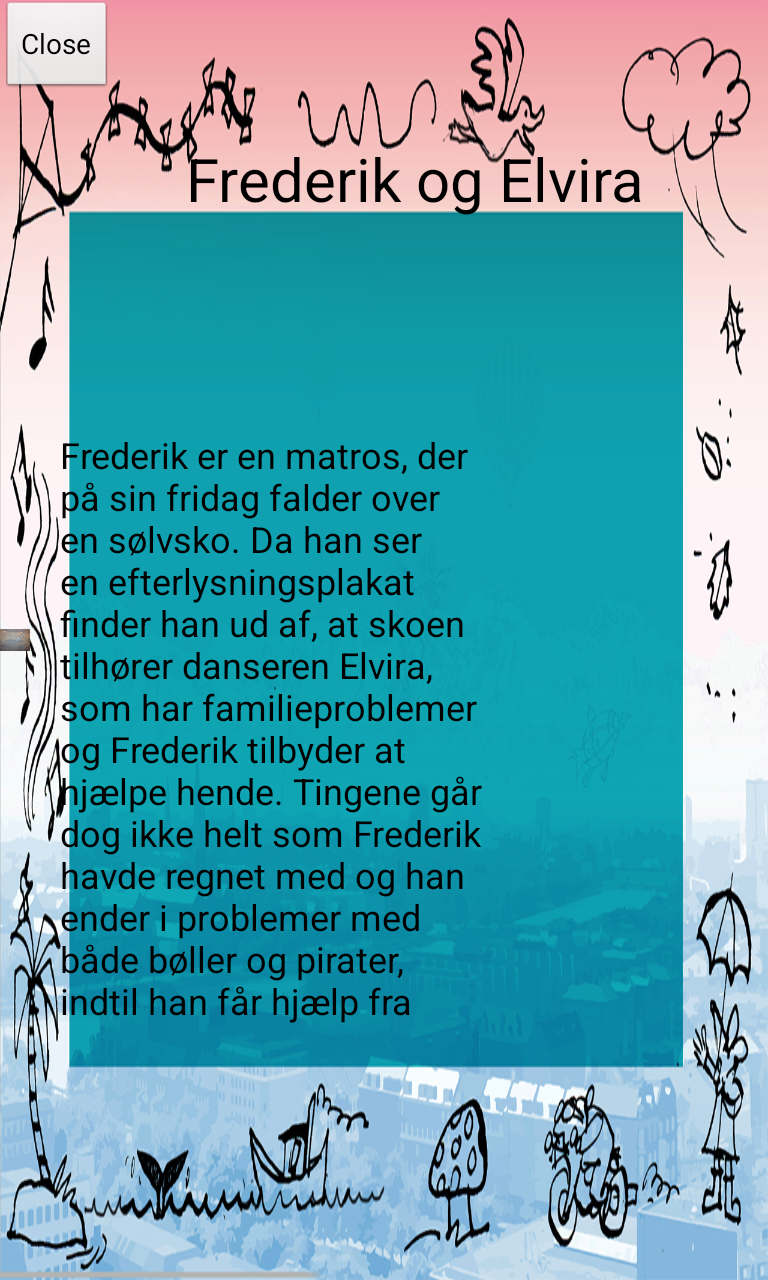
Repository: DreadMuffin/work
Layout: tablets/Historie/res/layout/popup2.xml
These files come from the project's save history. The layout is drawn as it stood at one moment and after the next save; the edit follows.
It is drawn on a 768 x 1280 px phone screen (xhdpi) without system bars, with theme android:Theme.NoTitleBar; the app's code is not run.

Above is the layout before, as saved 2015-02-26 05:11:53.

### tablets/Historie/res/layout/popup2.xml
<RelativeLayout xmlns:android="http://schemas.android.com/apk/res/android"
    xmlns:tools="http://schemas.android.com/tools"
    android:id="@+id/popup_element2"
    android:layout_width="match_parent"
    android:layout_height="match_parent"
    android:background="@drawable/popupwp"
    tools:context=".Historie" >

    <Button
        android:id="@+id/btn_close_popup"
        android:layout_width="wrap_content"
        android:layout_height="wrap_content"
        android:layout_gravity="center"
        android:text="Close" />

    <TextView
        android:id="@+id/textView1"
        android:layout_width="500dp"
        android:layout_height="75dp"
        android:layout_above="@+id/txt"
        android:layout_alignLeft="@+id/txt"
        android:layout_marginBottom="88dp"
        android:gravity="center"
        android:text="Frederik og Elvira"
        android:textColor="#000000"
        android:textSize="30sp" />

    <TextView
        android:id="@+id/txt"
        android:layout_width="500dp"
        android:layout_height="300dp"
        android:layout_alignParentBottom="true"
        android:layout_alignParentRight="true"
        android:layout_marginBottom="125dp"
        android:layout_marginLeft="30dp"
        android:layout_marginRight="143dp"
        android:text="Frederik er en matros, der på sin fridag falder over en sølvsko. Da han ser en efterlysningsplakat finder han ud af, at skoen tilhører danseren Elvira, som har familieproblemer og Frederik tilbyder at hjælpe hende. Tingene går dog ikke helt som Frederik havde regnet med og han ender i problemer med både bøller og pirater, indtil han får hjælp fra en ganske uventet kant.
Historien om Frederik og Elvira er en fortælling om venskab, mod, kærlighed, pirater og eventyr og tager dig med ind i en verden ikke så langt fra vores egen."
        android:textColor="#000000"
        android:textSize="18sp" />

    <ImageView
        android:layout_width="505dp"
        android:layout_height="505dp"
        android:layout_centerVertical="true"
        android:layout_marginRight="15dp"
        android:layout_toLeftOf="@+id/textView1"
        android:src="@drawable/odder500" />

</RelativeLayout>

After the next save:
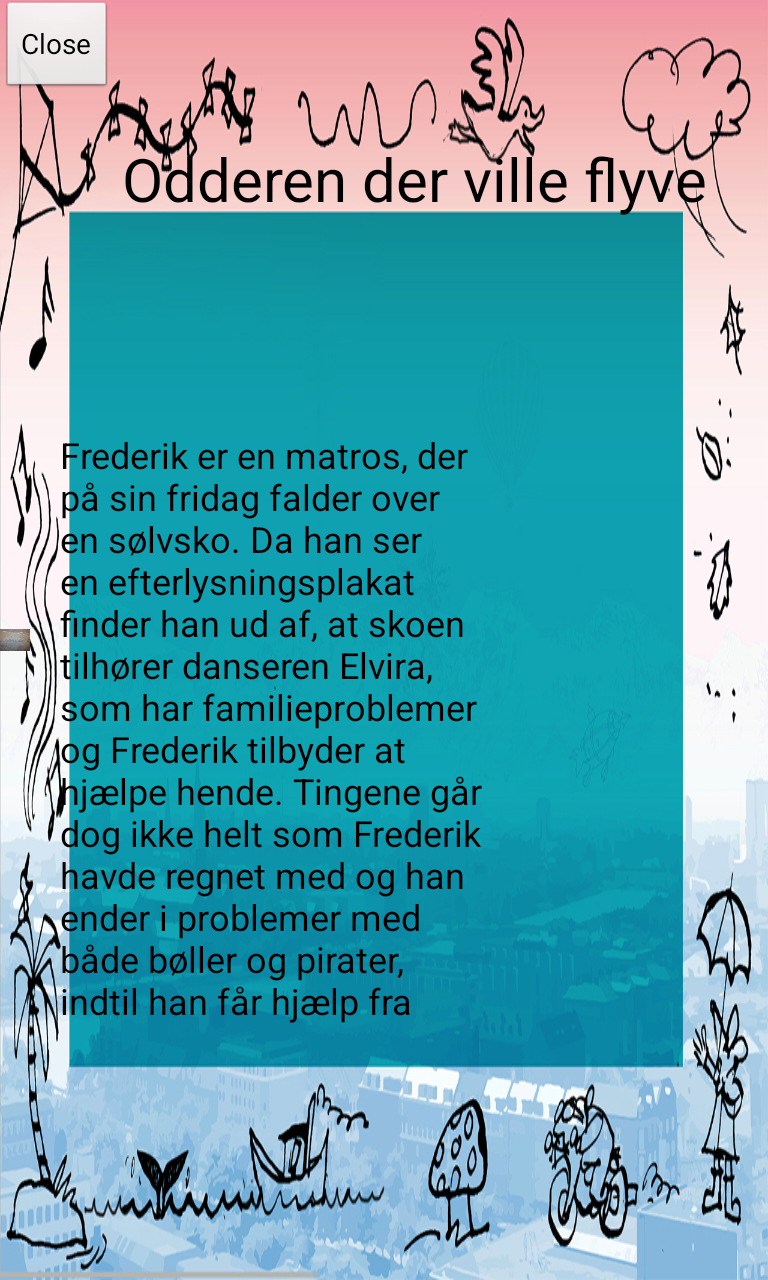
Saved 20 s later.
--- a/tablets/Historie/res/layout/popup2.xml
+++ b/tablets/Historie/res/layout/popup2.xml
@@ -21,7 +21,7 @@
         android:layout_alignLeft="@+id/txt"
         android:layout_marginBottom="88dp"
         android:gravity="center"
-        android:text="Frederik og Elvira"
+        android:text="Odderen der ville flyve"
         android:textColor="#000000"
         android:textSize="30sp" />
 
